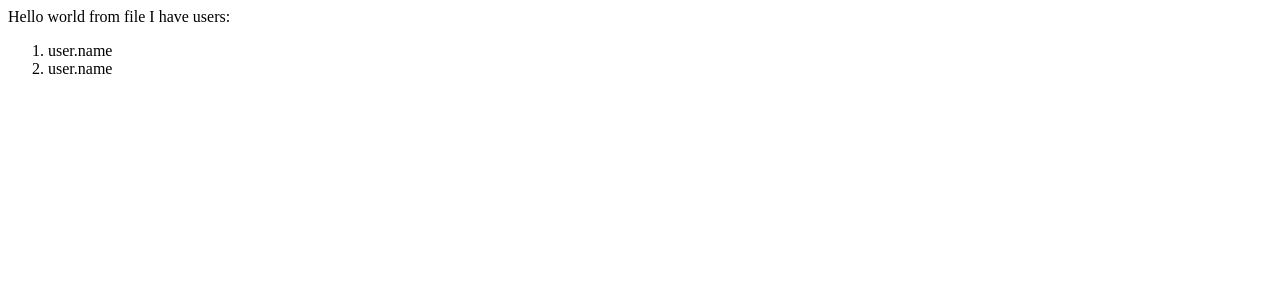
Repository: yevheniir/python_course_2020
Page: http://localhost/
The author's editor kept a copy of each file at every save. The page is drawn from the files as they stood at one save, then again after a run of saves.
The browser window is 1280 px wide. The pictures show the whole page.
The page is served by the project's application, run on Flask 3 (l4/app.py). Other server files are loaded and not shown.

Above is the page before, as saved 2020-06-27 18:54:19.

### l4/templates/index.html
Hello world from file

I have users:

<ol>
{% for user in users %}
    <li>user.name</li>
{% endfor %}
</ol>

### l4/app.py
from flask import Flask
from flask import jsonify
from flask import render_template

app = Flask(__name__)
# ////////////////////////////////////////////

users_obj = [{"id": 1, "name": "Nanachi"}, {"id": 2, "name": "nezuko"}]


@app.route('/')  #контролер
def nanachi():
    return render_template("index.html", users=users_obj)


@app.route('/users')  #контролер
def users():
    return jsonify(users_obj)



# ////////////////////////////////////////////
if __name__ == '__main__':
    app.run()

After the next 3 saves:
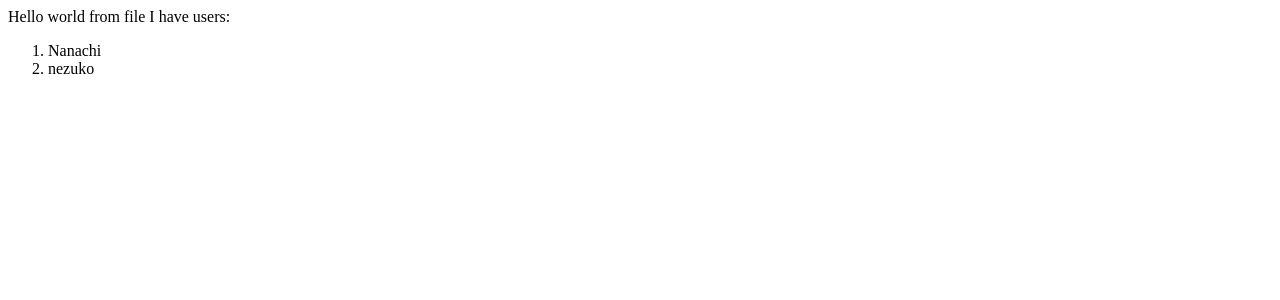
The 3 saves are shown as one change because they came seconds apart.
The last was saved 20 s later.
--- a/l4/templates/index.html
+++ b/l4/templates/index.html
@@ -4,6 +4,6 @@ I have users:
 
 <ol>
 {% for user in users %}
-    <li>user.name</li>
+    <li>{{user.name}}</li>
 {% endfor %}
 </ol>
